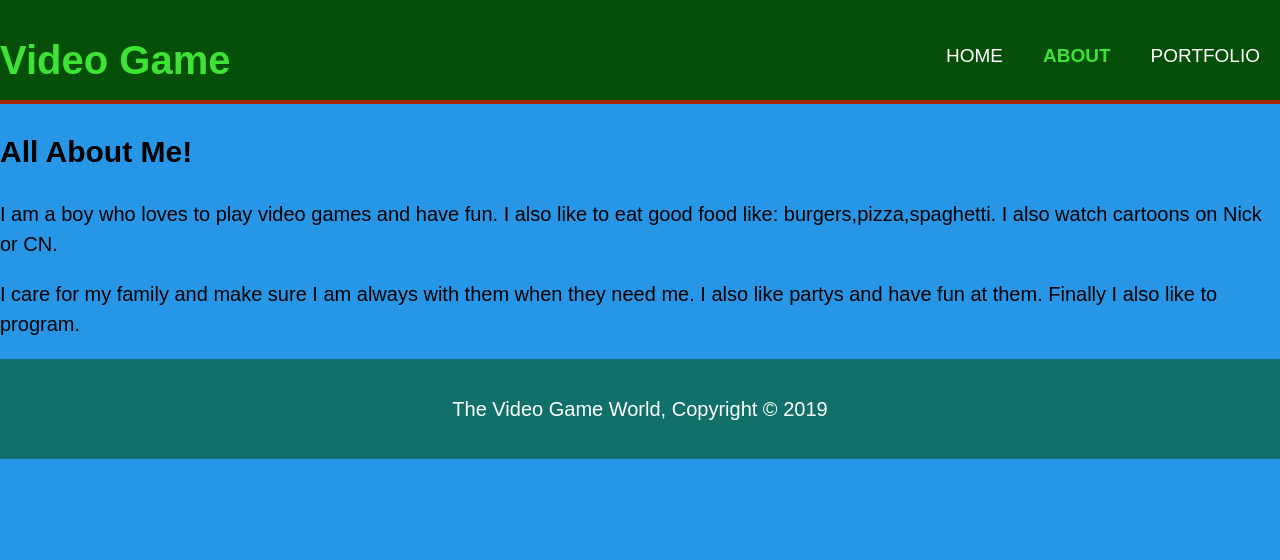
Repository: AndreeBroG/AndreeBroG.github.io
Page: about.html
The author's editor kept a record of every edit. The page is drawn from the files as they stood at one moment, then again after the next edit.
The browser window is 1280 px wide. The pictures show the whole page.

Above is the page before.

### about.html
<!Doctype Html>
<html>
  <head>
    <meta charset="utf=8">
    <meta name="viewport" content="width=device-width">

    <title>The Video Game World,About</title>
    <link rel="stylesheet" href="./Me Styles.css/My Styles.css">
    </head>
    <body>
      <header>
          <div class="container">
              <div id="branding">
                  <h1><span class="highlight">Video Game</span></h1>
              </div>
              <nav>
                 <ul>
                     <li><a href="Index.html">Home</a></li>
                     <li class="current"><a href="about.html">About</a></li>
                     <li><a href="Portfolio.html">Portfolio</a></li>
                 </ul>
              </nav>
          </div>
      </header>


             <div class="mains">
                 <article id="mains">
                   <h1 class="the title">All About Me!</h1>
                   <p> I am a boy who loves to play video games and have fun. I also like to eat good food like: burgers,pizza,spaghetti. I also watch cartoons on Nick or CN.
                   </p>
                   <p> I care for my family and make sure I am always with them when they need me. I also like partys and have fun at them. Finally I also like to program.

                   </p>

                 </article>



         <footer>
             <p>The Video Game World, Copyright &copy; 2019</p>
         </footer>
    </body>
    </html>

### Me Styles.css/My Styles.css
 body{
 	font-family: Arial, sans-serif;
 	font-size:20px;
 	line-height:1.5;
 	padding:0;
 	margin:0;
 	background-color:#2796e6;
 	}
  /* Global */
container{
 		width:95%;
 		margin:auto;
 		overflow:hidden;

 	}
 	ul{
 	    margin:0;
 	    padding:0;
 	}
 	header{
 		background:#054f08;
 		color:#ffffff;
 		padding-top:30px;
 		min-height:70px;
 		border-bottom:#a62607 4px solid;
 	}
 	header a{
 		color:#ffffff;
 		text-decoration:none;
 		text-transform: uppercase;
 		font-size:19px;
 	}
 	header li{
 	    float:left;
 	    display:inline;
 	    padding:0 20px 0 20px;
 	}
 	header #branding{
 	    float:left;
 	    }
 	header #branding h1{
 	    margin:0;
 	    }
 	  header nav{
 	      float:right;
 	      margin-top:10px;
 	  }
 	   header .highlight, header .current a{
 	       color:#3fe336;
 	       font-weight:bold;
 	   }
 	   header a:hover{
 	       color:#268ef0;
 	       font-weight:bold;
 	   }


 	   footer{
 	      padding:15px;
 	      margin-top:10px;
 	      color:#ffffff;
 	      background-color:#12706b;
 	      text-align:center;
 	   }

After the next edit:
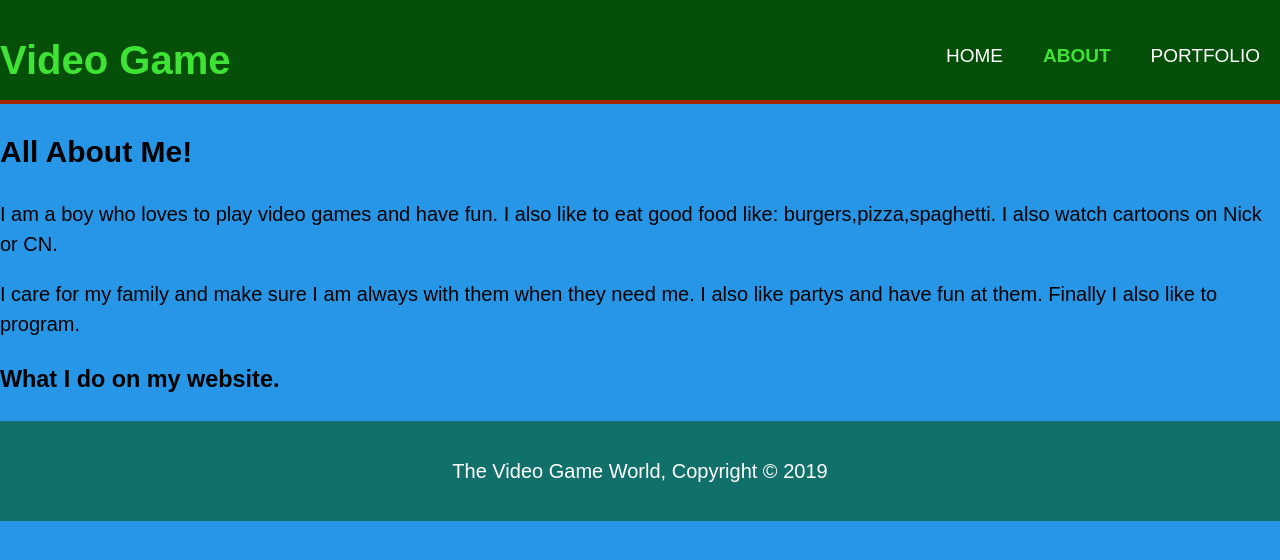
The edit:
--- a/about.html
+++ b/about.html
@@ -35,6 +35,10 @@
 
                  </article>
 
+                 <aside id="side">
+                  <h3>What I do on my website.</h3>
+                 </aside>
+
 
 
          <footer>
